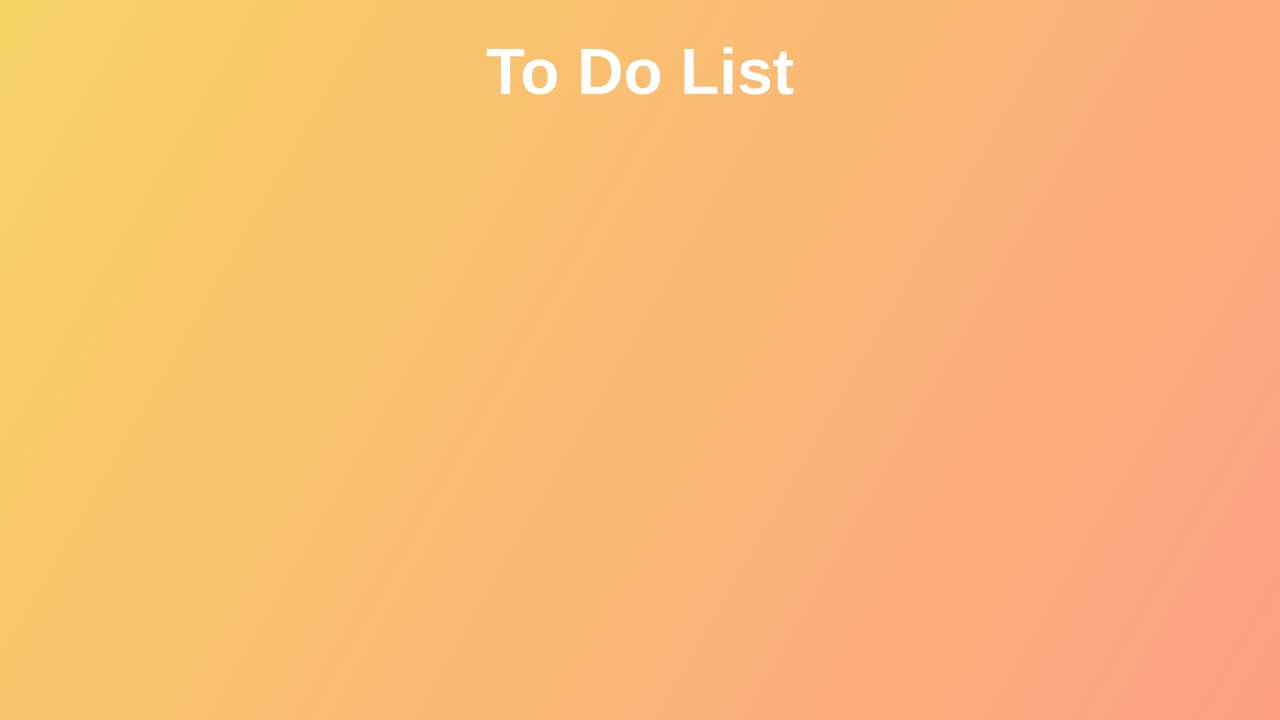
Repository: WindOfCodes/ReactToDoApp
Page: /
An editor plug-in stored every save of this project. The page is shown before and after a run of saves, followed by the edit.
The browser window is 1280 px wide. The pictures show the whole page.
The project was rebuilt for these pictures with package versions that can differ from the ones it lists, and the page was loaded fresh each time.

Above is the page before, as saved 2021-12-27 22:48:21.

### src/App.js
import './App.css';
import Form from "./components/Form";

function App() {
  return (
    <div className="App">
      <header>
        <h1>To Do List</h1>
      </header>
    </div>
  );
}

export default App;

### src/App.css
* {
    margin: 0;
    padding: 0;
    box-sizing: border-box;
  }
  body {
    background-image: linear-gradient(120deg, #f6d365 0%, #fda085 100%);
    color: white;
    font-family: "Poppins", sans-serif;
    min-height: 100vh;
  }
  header {
    font-size: 2rem;
  }

  header,
  form {
    min-height: 20vh;
    display: flex;
    justify-content: center;
    align-items: center;
  }
  form input,
  form button {
    padding: 0.5rem;
    font-size: 2rem;
    border: none;
    background: white;
  }
  form button {
    color: #ff6f47;
    background: #f7fffe;
    cursor: pointer;
    transition: all 0.3s ease;
  }
  form button:hover {
    background: #ff6f47;
    color: white;
  }
  .todo-container {
    display: flex;
    justify-content: center;
    align-items: center;
  }

  .todo-list {
    min-width: 30%;
    list-style: none;
  }

  .todo {
    margin: 0.5rem;
    background: white;
    font-size: 1.5rem;
    color: black;
    display: flex;
    justify-content: space-between;
    align-items: center;
    transition: all 1s ease;
  }
  .filter-todo {
    padding: 1rem;
  }
  .todo li {
    flex: 1;
  }

  .trash-btn,
  .complete-btn {
    background: #ff6f47;
    color: white;
    border: none;
    padding: 1rem;
    cursor: pointer;
    font-size: 1rem;
  }
  .complete-btn {
    background: rgb(11, 212, 162);
  }
  .todo-item {
    padding: 0rem 0.5rem;
  }

  .fa-trash,
  .fa-check {
    pointer-events: none;
  }

  .fall {
    transform: translateY(10rem) rotateZ(20deg);
    opacity: 0;
  }

  .completed {
    text-decoration: line-through;
    opacity: 0.5;
  }

  /*CUSTOM SELECTOR */
  select {
    -webkit-appearance: none;
    -moz-appearance: none;
    -ms-appearance: none;
    appearance: none;
    outline: 0;
    box-shadow: none;
    border: 0 !important;
    background-image: none;
  }

  /* Custom Select */
  .select {
    margin: 1rem;
    position: relative;
    overflow: hidden;
  }
  select {
    color: #ff6f47;
    font-family: "Poppins", sans-serif;
    cursor: pointer;
    width: 12rem;
  }
  /* Arrow */
  .select::after {
    content: "\25BC";
    position: absolute;
    top: 0;
    right: 0;
    padding: 1rem;
    background: #ff6f47;
    cursor: pointer;
    pointer-events: none;
  }
  /* Transition */
  /*
  .select:hover::after {
    transform: scale(1.5);
  }
  */

### src/components/Form.js
import react from "react";

const Form = ({setInputText, todos, setTodos, inputText, setStatus}) => {
    const inputTextHandler = (e) => {
        setInputText(e.target.value)
    };
    const submitTodoHandler = (e) => {
        e.preventDefault();
        setTodos([
            ...todos, {text: inputText, completed: false, id: Math.random()*1000}
        ]);
        setInputText("");
    };
    const statusHandler = (e) => {
        setStatus(e.target.value);
    }
    return(
        <form>
            <input value={inputText} onChange={inputTextHandler} type="text" className="todo-input"/>
            <button onClick = {submitTodoHandler} className="todo-button" type="submit">
                <i className="fas fa-plus-square"></i>
            </button>
            <div className="select">
                <select onChange={statusHandler} name="todos" className="filter-todo">
                    <option value="all">All</option>
                    <option value="completed">Completed</option>
                    <option value="uncompleted">Uncompleted</option>
                </select>
            </div>
        </form>
    );
};

export default Form;

Loaded but not shown: public/index.html (common file); src/index.js (common file); src/index.css (common file); src/reportWebVitals.js (common file)

After the next 5 saves:
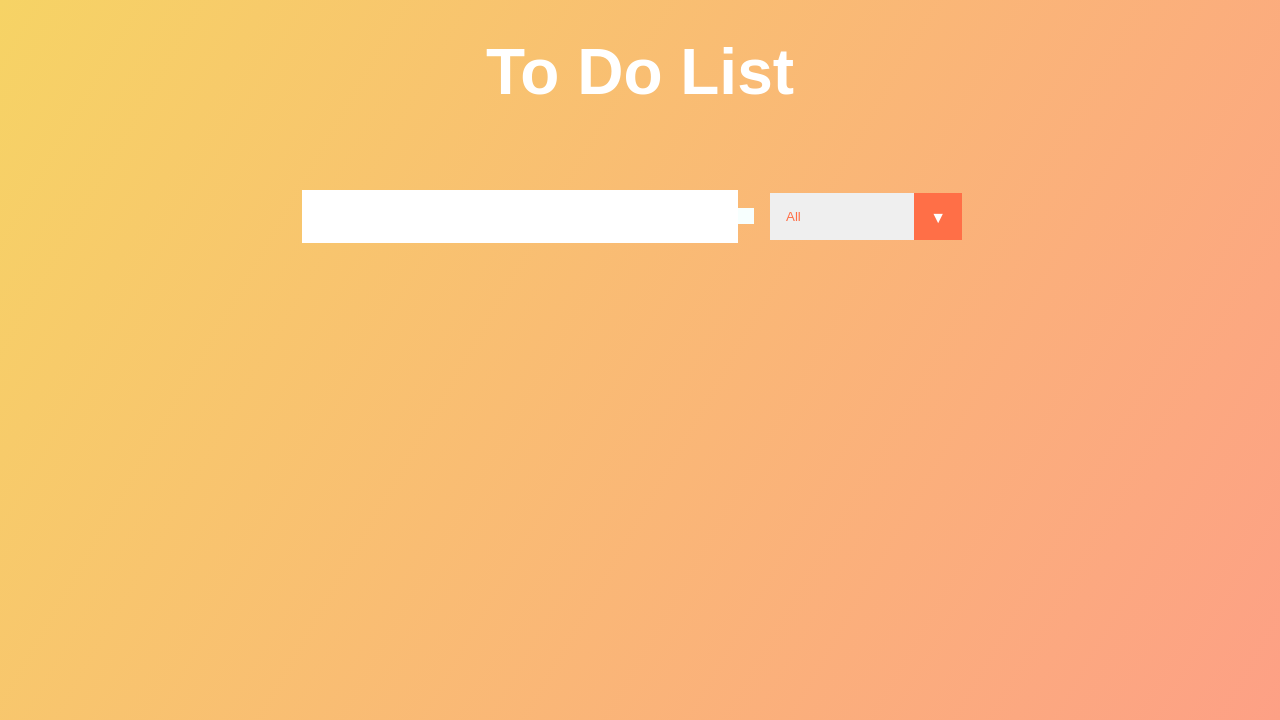
The 5 saves are shown as one change because they came seconds apart.
The last was saved 18 s later.
--- a/src/App.js
+++ b/src/App.js
@@ -7,6 +7,7 @@ function App() {
       <header>
         <h1>To Do List</h1>
       </header>
+      <Form />
     </div>
   );
 }
